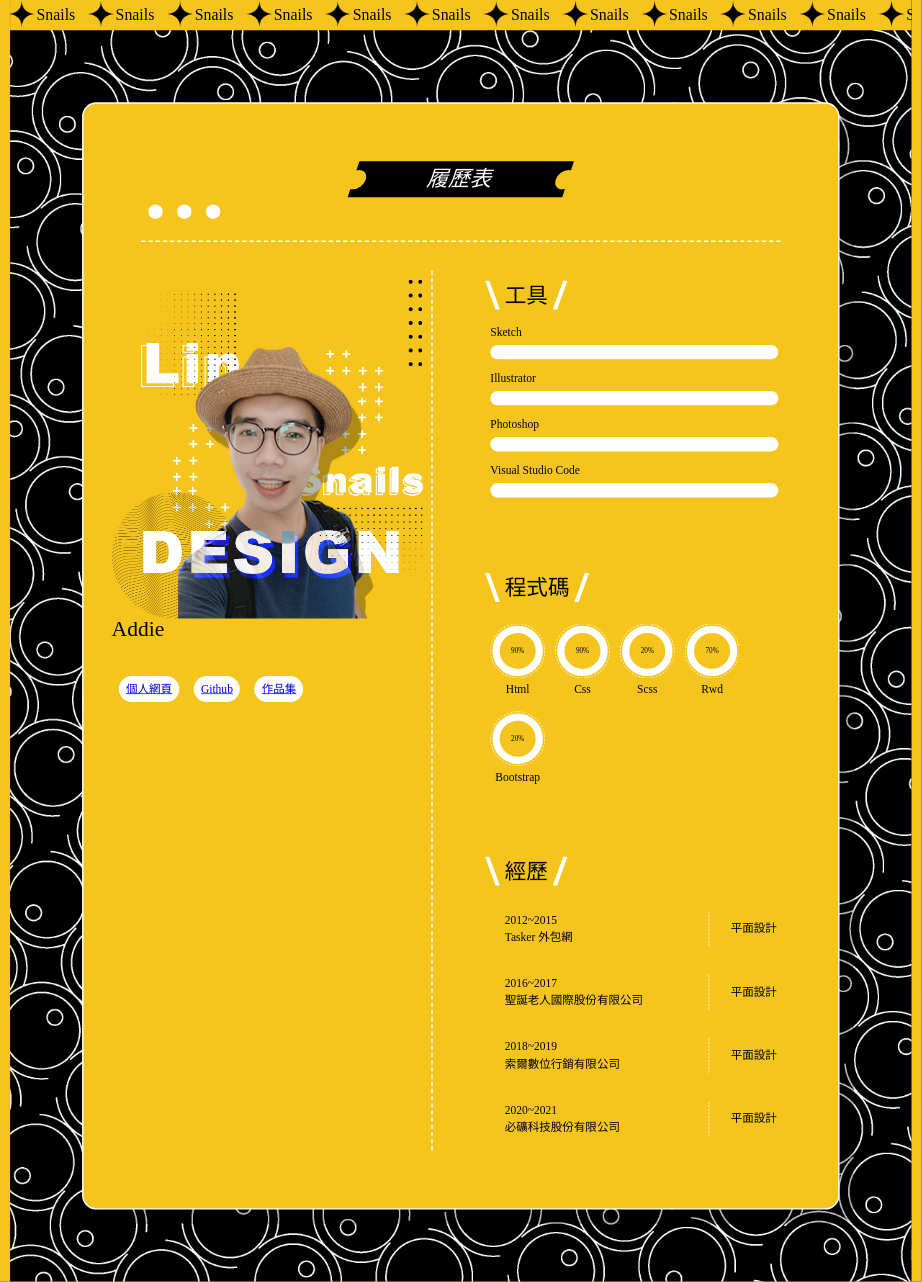
Repository: addie1988/resume
Page: index.html
An editor plug-in stored every save of this project. The page is shown before and after the next save, followed by the edit.
The browser window is 1280 px wide. The pictures show the whole page, at 72% of full size.

Above is the page before, as saved 2021-11-24 11:54:06.
Not found: js/style.js

### index.html
<!DOCTYPE html>
<html lang="en">

<head>
    <meta charset="UTF-8">
    <meta http-equiv="X-UA-Compatible" content="IE=edge">
    <meta name="viewport" content="width=device-width, initial-scale=1.0">
    <title>ADDIE</title>
    <link rel="stylesheet" type="text/css" href="./css/style.css">
</head>

<body>

    <!-- personal -->
    <div class="personal">
        <!-- Carousel -->
        <div class="Carousel">
            <div class="Carousel_content" id="Carousel"></div>
        </div>
        <div class="personal_content">
            <!-- resume > 履歷 -->
            <div class="resume">
                <div class="resume_title">
                    <h1>履歷表</h1>
                </div>
                <div class="resume_content">
                    <ul>
                        <li></li>
                        <li></li>
                        <li></li>
                    </ul>
                </div>
                <!-- main -->
                <div class="main">
                    <!-- personal_information > 個人資訊 -->
                    <div class="personal_information">
                        <div class="personal_information_img"><img src="./images/Visualize1.png"></div>
                        <div class="name">
                            <h1>Addie</h1>
                        </div>
                        <!-- work -->
                        <div class="work">
                            <div class="work_contwnt">
                                <ul>
                                    <li><a href="#">個人網頁</a></li>
                                    <li><a href="#">Github</a></li>
                                    <li><a href="#">作品集</a></li>
                                </ul>
                            </div>
                        </div>
                    </div>


                    <!-- personal_experience > 個人經歷 -->
                    <div class="personal_experience">

                        <!-- Code -->
                        <div class="tool">
                            <div class="tool_content">
                                <h1>工具</h1>
                                <ul>
                                    <li>
                                        <p>Sketch</p>
                                        <span></span>
                                    </li>
                                    <li>
                                        <p>Illustrator</p>
                                        <span></span>
                                    </li>
                                    <li>
                                        <p>Photoshop</p>
                                        <span></span>
                                    </li>
                                    <li>
                                        <p>Visual Studio Code</p>
                                        <span></span>
                                    </li>
                                </ul>
                            </div>
                        </div>

                        <!-- Code -->
                        <div class="Code">
                            <div class="Code_content">
                                <h1>程式碼</h1>
                                <ul>
                                    <li>
                                        <div class="chart"><span><i>90%</i></span></div>
                                        <p>Html</p>
                                    </li>
                                    <li>
                                        <div class="chart"><span><i>90%</i></span></div>
                                        <p>Css</p>
                                    </li>
                                    <li>
                                        <div class="chart"><span><i>20%</i></span></div>
                                        <p>Scss</p>
                                    </li>
                                    <li>
                                        <div class="chart"><span><i>70%</i></span></div>
                                        <p>Rwd</p>
                                    </li>
                                    <li>
                                        <div class="chart"><span><i>20%</i></span></div>
                                        <p>Bootstrap</p>
                                    </li>
                                </ul>
                            </div>
                        </div>

                        <!-- work_experience -->
                        <div class="work_experience">
                            <div class="work_experience_content">
                                <h1>經歷</h1>
                                <ul>
                                    <li>
                                        <div class="work_experience_content_title">
                                            <p>2012~2015</p>
                                            <i>Tasker 外包網</i>
                                        </div>
                                        <span>
                                            <section>平面設計</section>
                                        </span>
                                    </li>
                                    <li>
                                        <div class="work_experience_content_title">
                                            <p>2016~2017</p>
                                            <i>聖誕老人國際股份有限公司</i>
                                        </div>
                                        <span>
                                            <section>平面設計</section>
                                        </span>
                                    </li>
                                    <li>
                                        <div class="work_experience_content_title">
                                            <p>2018~2019</p>
                                            <i>索爾數位行銷有限公司</i>
                                        </div>
                                        <span>
                                            <section>平面設計</section>
                                        </span>
                                    </li>
                                    <li>
                                        <div class="work_experience_content_title">
                                            <p>2020~2021</p>
                                            <i>必礦科技股份有限公司</i>
                                        </div>
                                        <span>
                                            <section>平面設計</section>
                                        </span>
                                    </li>
                                </ul>
                            </div>
                        </div>
                    </div>
                </div>
            </div>
        </div>
    </div>

    <!-- js -->
    <script src="./js/style.js"></script>
    <!-- jq -->
    <script src="https://cdnjs.cloudflare.com/ajax/libs/jquery/3.3.1/jquery.min.js"></script>
    <script>
        $('#Carousel').load("./Carousel.html #Carousel");
    </script>

</body>

</html>

### css/style.css
/* http://meyerweb.com/eric/tools/css/reset/
   v2.0 | 20110126
   License: none (public domain)
*/

html,
body,
div,
span,
applet,
object,
iframe,
h1,
h2,
h3,
h4,
h5,
h6,
p,
blockquote,
pre,
a,
abbr,
acronym,
address,
big,
cite,
code,
del,
dfn,
em,
img,
ins,
kbd,
q,
s,
samp,
small,
strike,
strong,
sub,
sup,
tt,
var,
b,
u,
i,
center,
dl,
dt,
dd,
ol,
ul,
li,
fieldset,
form,
label,
legend,
table,
caption,
tbody,
tfoot,
thead,
tr,
th,
td,
article,
aside,
canvas,
details,
embed,
figure,
figcaption,
footer,
header,
hgroup,
menu,
nav,
output,
ruby,
section,
summary,
time,
mark,
audio,
video {
  margin: 0;
  padding: 0;
  border: 0;
  font-size: 100%;
  font: inherit;
  vertical-align: baseline;
}
/* HTML5 display-role reset for older browsers */
article,
aside,
details,
figcaption,
figure,
footer,
header,
hgroup,
menu,
nav,
section {
  display: block;
}
body {
  line-height: 1;
}
ol,
ul {
  list-style: none;
}
blockquote,
q {
  quotes: none;
}
blockquote:before,
blockquote:after,
q:before,
q:after {
  content: "";
  content: none;
}
table {
  border-collapse: collapse;
  border-spacing: 0;
}

/* ---------------------------------------------------------------------------------------------------------------------- */

:root {
  --background-color: #f5c51d;
  --position: relative;
  --font-size: 16px;
  --padding: 100px;
  --color: white;
  --title_h1: 30px;
  --margin_Segmentation: 80px 0 0 0;
}

/* ---------------------------------------------------------------------------------------------------------------------- */

.personal {
  position: var(--position);
  background: url(../images/background.png);
  align-items: center;
  background-color: black;
  border-left: 14px solid var(--background-color);
  border-right: 14px solid var(--background-color);
}

/* Carousel */
.Carousel {
  position: var(--padding);
}

.Carousel_content {
  margin: 0 auto;
}

.Carousel_content ul {
  display: flex;
  overflow: hidden;
  background-color: var(--background-color);
  background-position: center;
}

.Carousel_content ul li {
  margin: 0 18px;
  padding: 10px;
  position: var(--position);
  font-family: serif;
  font-size: 22px;
  animation: Carousel_content_move 70s infinite;
  -webkit-animation: Carousel_content_move 70s infinite;
}

@keyframes Carousel_content_move {
    0% {
        transform: translateX(-2200px);
        -webkit-transform: translateX(-2200px);
        -moz-transform: translateX(-2200px);
        -ms-transform: translateX(-2200px);
        -o-transform: translateX(-2200px);
}
1000% {
    transform: translateX(0px);
    -webkit-transform: translateX(0px);
    -moz-transform: translateX(0px);
    -ms-transform: translateX(0px);
    -o-transform: translateX(0px);
}
}

.Carousel_content ul li::before {
  content: "";
  width: 37px;
  height: 37px;
  display: inline-block;
  background: url(../images/Carousel.png);
  position: absolute;
  left: -30px;
  top: 0px;
}

.personal_content {
  width: 100%;
  height: 100%;
  display: flex;
  justify-content: center;
}

/* resume > 履歷資訊 */
.resume {
  margin: 100px;
  padding: 80px;
  max-width: 900px;
  border: 2px solid white;
  position: var(--position);
  z-index: 77777;
  box-shadow: 20px 20px 0px 0px #0000003d;
  background-color: var(--background-color);
  border-radius: 20px;
  -webkit-border-radius: 20px;
  -moz-border-radius: 20px;
  -ms-border-radius: 20px;
  -o-border-radius: 20px;
}

/* resume_title */
.resume_title {
  display: flex;
  justify-content: center;
  position: relative;
  transform: skewX(-18deg);
  -webkit-transform: skewX(-18deg);
  -moz-transform: skewX(-18deg);
  -ms-transform: skewX(-18deg);
  -o-transform: skewX(-18deg);
}

.resume_title h1 {
  font-size: 30px;
  text-align: center;
  padding: 10px 60px;
  color: white;
  background-color: black;
  width: 20%;
  display: inline-block;
  position: var(--position);
}

.resume_title h1::before {
  content: "";
  width: 27px;
  height: 27px;
  display: inline-block;
  position: absolute;
  left: -10px;
  top: 12px;
  background-color: #f5c51d;
  border-radius: 50%;
  -webkit-border-radius: 50%;
  -moz-border-radius: 50%;
  -ms-border-radius: 50%;
  -o-border-radius: 50%;
}

.resume_title h1::after {
  content: "";
  width: 27px;
  height: 27px;
  display: inline-block;
  position: absolute;
  right: -10px;
  top: 12px;
  background-color: #f5c51d;
  border-radius: 50%;
  -webkit-border-radius: 50%;
  -moz-border-radius: 50%;
  -ms-border-radius: 50%;
  -o-border-radius: 50%;
}

.resume_content {
  margin: 0 auto;
  width: 100%;
  margin: 0 0 40px 0;
}

.resume_content ul {
  display: flex;
  padding: 0 0 20px 0;
  border-bottom: 2px dashed white;
}

.resume_content ul li {
  width: 20px;
  height: 20px;
  margin: 10px;
  display: inline-block;
  background-color: white;
  border-radius: 50%;
  -webkit-border-radius: 50%;
  -moz-border-radius: 50%;
  -ms-border-radius: 50%;
  -o-border-radius: 50%;
  transition: 1s ease-out;
  -webkit-transition: 1s ease-out;
  -moz-transition: 1s ease-out;
  -ms-transition: 1s ease-out;
  -o-transition: 1s ease-out;
}

.resume_content ul li:nth-child(1):hover {
  background-color: red;
}

.resume_content ul li:nth-child(2):hover {
  background-color: yellow;
}

.resume_content ul li:nth-child(3):hover {
  background-color: green;
}

/* ---------------------------------------------------------------------------------------------------------------------- */

/* main */
.main {
  display: flex;
  justify-content: center;
}

/* personal_information > 個人資訊 */

/* personal_information */
.personal_information {
  flex: 0 0 50%;
  max-width: 50%;
  border-right: 2px solid white;
  border-style: dashed;
  margin: 0 40px;
}

.personal_information_img {
  display: flex;
  justify-content: center;
}

.personal_information_img img {
  width: 100%;
  height: 100%;
}

/* ---------------------------------------------------------------------------------------------------------------------- */

/* personal_experience > 個人經歷 */
.personal_experience {
  flex: 0 0 50%;
  max-width: 50%;
  margin: 0 40px;
}

.name h1 {
  font-size: var(--title_h1);
}

/* ---------------------------------------------------------------------------------------------------------------------- */

/* work */
.work {
  position: var(--position);
}

.work_contwnt {
  margin: 40px auto;
}

.work_contwnt ul {
  display: flex;
  flex-wrap: wrap;
}

.work_contwnt ul li {
  margin-right: 10px;
  margin: 10px;
  padding: 10px;
  color: black;
  background-color: white;
  border-radius: 20px;
  -webkit-border-radius: 20px;
  -moz-border-radius: 20px;
  -ms-border-radius: 20px;
  -o-border-radius: 20px;
}

/* ---------------------------------------------------------------------------------------------------------------------- */

/* personal_experience > 個人經歷 */

/* tool */
.tool {
  position: var(--position);
}

.tool_contwnt {
  margin: var(--margin_Segmentation);
}

.tool_content h1 {
  font-size: var(--title_h1);
  position: var(--position);
  display: inline-block;
  padding: 20px;
}

.tool_content h1::before {
  content: "";
  width: 6px;
  height: 40px;
  display: inline-block;
  position: absolute;
  top: 20%;
  left: 0;
  background-color: white;
  transform: skewX(20deg);
  -webkit-transform: skewX(20deg);
  -moz-transform: skewX(20deg);
  -ms-transform: skewX(20deg);
  -o-transform: skewX(20deg);
}

.tool_content h1::after {
  content: "";
  width: 6px;
  height: 40px;
  display: inline-block;
  position: absolute;
  top: 20%;
  right: 0;
  background-color: white;
  transform: skewX(-20deg);
  -webkit-transform: skewX(-20deg);
  -moz-transform: skewX(-20deg);
  -ms-transform: skewX(-20deg);
  -o-transform: skewX(-20deg);
}

.tool_content ul {
  margin: var(--margin_Segmentation);
  margin: 0;
}

.tool_content ul li {
  line-height: 2;
}

.tool_content ul li span {
  width: 100%;
  height: 20px;
  display: inline-block;
  position: relative;
}

.tool_content ul li span::before {
  content: "";
  width: 0;
  height: 20px;
  display: inline-block;
  position: absolute;
  z-index: 4444;
  background-color: black;
  transition: 1s ease-out;
  -webkit-transition: 1s ease-out;
  -moz-transition: 1s ease-out;
  -ms-transition: 1s ease-out;
  -o-transition: 1s ease-out;
  border-radius: 20px;
  -webkit-border-radius: 20px;
  -moz-border-radius: 20px;
  -ms-border-radius: 20px;
  -o-border-radius: 20px;
}

.tool_content ul li:hover span::before {
  width: 100%;
}

.tool_content ul li:nth-child(1):hover span::before {
  width: 35%;
}

.tool_content ul li:nth-child(2):hover span::before {
  width: 85%;
}

.tool_content ul li:nth-child(3):hover span::before {
  width: 85%;
}

.tool_content ul li:nth-child(4):hover span::before {
  width: 35%;
}

.tool_content ul li span::after {
  content: "";
  width: 90%;
  height: 20px;
  display: inline-block;
  position: absolute;
  background-color: white;
  border-radius: 20px;
  -webkit-border-radius: 20px;
  -moz-border-radius: 20px;
  -ms-border-radius: 20px;
  -o-border-radius: 20px;
}

/* ---------------------------------------------------------------------------------------------------------------------- */

/* Code */
.Code {
  position: var(--position);
}

.Code_content {
  margin: var(--margin_Segmentation);
}

.Code_content h1 {
  font-size: var(--title_h1);
  position: var(--position);
  display: inline-block;
  padding: 20px;
}

.Code_content h1::before {
  content: "";
  width: 6px;
  height: 40px;
  display: inline-block;
  position: absolute;
  top: 20%;
  left: 0;
  background-color: white;
  transform: skewX(20deg);
  -webkit-transform: skewX(20deg);
  -moz-transform: skewX(20deg);
  -ms-transform: skewX(20deg);
  -o-transform: skewX(20deg);
}

.Code_content h1::after {
  content: "";
  width: 6px;
  height: 40px;
  display: inline-block;
  position: absolute;
  top: 20%;
  right: 0;
  background-color: white;
  transform: skewX(-20deg);
  -webkit-transform: skewX(-20deg);
  -moz-transform: skewX(-20deg);
  -ms-transform: skewX(-20deg);
  -o-transform: skewX(-20deg);
}

.Code_content ul {
  margin: var(--margin_Segmentation);
  display: flex;
  flex-wrap: wrap;
  margin: 0;
}

.Code_content ul li {
  margin: 14px 14px 0 0;
  line-height: 2;
}

.Code_content ul li .chart {
  border: 1px solid white;
  padding: 2px;
  border-style: dashed;
  border-radius: 50%;
  -webkit-border-radius: 50%;
  -moz-border-radius: 50%;
  -ms-border-radius: 50%;
  -o-border-radius: 50%;
}

.Code_content ul li .chart span {
  width: 70px;
  height: 70px;
  display: flex;
  justify-content: center;
  align-items: center;
  position: relative;
}

.Code_content ul li .chart span::before {
  content: "";
  width: 50px;
  height: 50px;
  display: none;
  position: absolute;
  top: 0;
  left: 0;
  z-index: 444;
  border-top: 10px solid black;
  border-left: 10px solid black;
  border-right: 10px solid black;
  border-bottom: 10px solid #f5c51d;
  border-radius: 50%;
  -webkit-border-radius: 10px solid #f5c51d;
  -moz-border-radius: 10px solid #f5c51d;
  -ms-border-radius: 10px solid #f5c51d;
  -o-border-radius: 10px solid #f5c51d;
  animation: chart_move 2s ease-out;
  -webkit-animation: chart_move 2s ease-out;
}

.Code_content ul li:nth-child(1) .chart span::before {
  border-top: 10px solid black;
  border-left: 10px solid black;
  border-right: 10px solid black;
  border-bottom: 10px solid #f5c51d;
}

.Code_content ul li:nth-child(2) .chart span::before {
  border-top: 10px solid black;
  border-left: 10px solid black;
  border-right: 10px solid black;
  border-bottom: 10px solid #f5c51d;
}

.Code_content ul li:nth-child(3) .chart span::before {
  border-top: 10px solid black;
  border-left: 10px solid #f5c51d;
  border-right: 10px solid #f5c51d;
  border-bottom: 10px solid #f5c51d;
}

.Code_content ul li:nth-child(4) .chart span::before {
  border-top: 10px solid black;
  border-left: 10px solid black;
  border-right: 10px solid #f5c51d;
  border-bottom: 10px solid #f5c51d;
}

.Code_content ul li:nth-child(5) .chart span::before {
  border-top: 10px solid black;
  border-left: 10px solid #f5c51d;
  border-right: 10px solid #f5c51d;
  border-bottom: 10px solid #f5c51d;
}

.Code_content ul li:hover .chart span::before {
  display: block;
}

@keyframes chart_move {
  0% {
    opacity: 0;
    transform: rotate(0);
    -webkit-transform: rotate(0);
    -moz-transform: rotate(0);
    -ms-transform: rotate(0);
    -o-transform: rotate(0);
  }
  100% {
    opacity: 1;
    transform: rotate(360deg);
    -webkit-transform: rotate(360deg);
    -moz-transform: rotate(360deg);
    -ms-transform: rotate(360deg);
    -o-transform: rotate(360deg);
  }
}

.Code_content ul li .chart span::after {
  content: "";
  width: 50px;
  height: 50px;
  display: inline-block;
  position: absolute;
  top: 0;
  left: 0;
  border: 10px solid white;
  border-radius: 50%;
  -webkit-border-radius: 50%;
  -moz-border-radius: 50%;
  -ms-border-radius: 50%;
  -o-border-radius: 50%;
}

.Code_content ul li .chart span i {
  font-size: 10px;
}

.Code_content ul li p {
  text-align: center;
}

/* ---------------------------------------------------------------------------------------------------------------------- */

/* work_experience */
.work_experience {
  position: var(--position);
}

.work_experience_content {
  margin: var(--margin_Segmentation);
}

.work_experience_content h1 {
  font-size: var(--title_h1);
  position: var(--position);
  display: inline-block;
  padding: 20px;
}

.work_experience_content h1::before {
  content: "";
  width: 6px;
  height: 40px;
  display: inline-block;
  position: absolute;
  top: 20%;
  left: 0;
  background-color: white;
  transform: skewX(20deg);
  -webkit-transform: skewX(20deg);
  -moz-transform: skewX(20deg);
  -ms-transform: skewX(20deg);
  -o-transform: skewX(20deg);
}

.work_experience_content h1::after {
  content: "";
  width: 6px;
  height: 40px;
  display: inline-block;
  position: absolute;
  top: 20%;
  right: 0;
  background-color: white;
  transform: skewX(-20deg);
  -webkit-transform: skewX(-20deg);
  -moz-transform: skewX(-20deg);
  -ms-transform: skewX(-20deg);
  -o-transform: skewX(-20deg);
}

.work_experience_content ul {
  margin: var(--margin_Segmentation);
  margin: 0;
}

.work_experience_content ul li {
  line-height: 1.5;
  display: flex;
  padding: 20px;
  flex-wrap: wrap;
  overflow: hidden;
  transition: 1s ease-out;
  -webkit-transition: 1s ease-out;
  -moz-transition: 1s ease-out;
  -ms-transition: 1s ease-out;
  -o-transition: 1s ease-out;
}

.work_experience_content ul li:hover {
  border-radius: 50px;
  -webkit-border-radius: 50px;
  -moz-border-radius: 50px;
  -ms-border-radius: 50px;
  -o-border-radius: 50px;
  animation: work_experience_content_move 3s ease-out;
  -webkit-animation: work_experience_content_move 3s ease-out;
}

@keyframes work_experience_content_move {
  0% {
    background-color: #f5c51d;
  }
  25% {
    background-color: aquamarine;
  }
  50% {
    background-color: slateblue;
  }
  100% {
    background-color: black;
  }
}

.work_experience_content ul li:hover .work_experience_content_title {
  color: white;
  border-right: 1px dashed white;
}

.work_experience_content ul li:hover .work_experience_content_title p {
  color: white;
}

.work_experience_content ul li .work_experience_content_title {
  width: 70%;
  border-right: 1px solid white;
  border-style: dashed;
  color: black;
}

.work_experience_content ul li .work_experience_content_title p {
  color: black;
}

.work_experience_content ul li span {
  display: flex;
  align-items: center;
}

.work_experience_content ul li span section {
  margin-left: 30px;
}

.work_experience_content ul li:hover span section {
  color: white;
}

@media screen and (max-width: 900px) {
  .main {
    flex-wrap: wrap;
  }

  .personal_information {
    flex: 0 0 100%;
    max-width: 100%;
  }

  .personal_experience {
    flex: 0 0 100%;
    max-width: 100%;
  }
}

Loaded but not shown: Carousel.html (35 lines, source omitted)

After the next save:
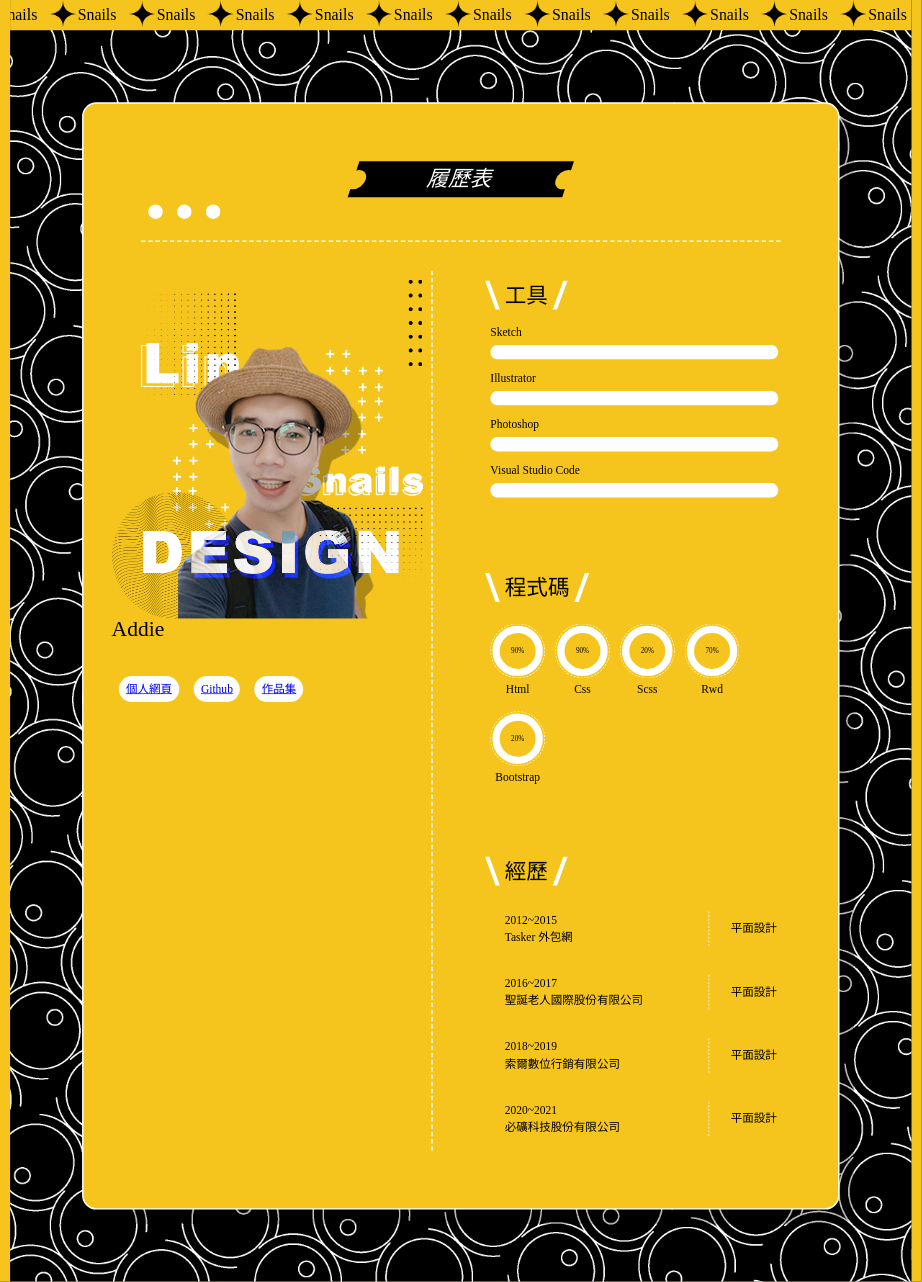
Saved 2 min 33 s later.
--- a/css/style.css
+++ b/css/style.css
@@ -179,11 +179,11 @@ table {
 
 @keyframes Carousel_content_move {
     0% {
-        transform: translateX(-2200px);
-        -webkit-transform: translateX(-2200px);
-        -moz-transform: translateX(-2200px);
-        -ms-transform: translateX(-2200px);
-        -o-transform: translateX(-2200px);
+        transform: translateX(-4000px);
+        -webkit-transform: translateX(-4000px);
+        -moz-transform: translateX(-4000px);
+        -ms-transform: translateX(-4000px);
+        -o-transform: translateX(-4000px);
 }
 1000% {
     transform: translateX(0px);
